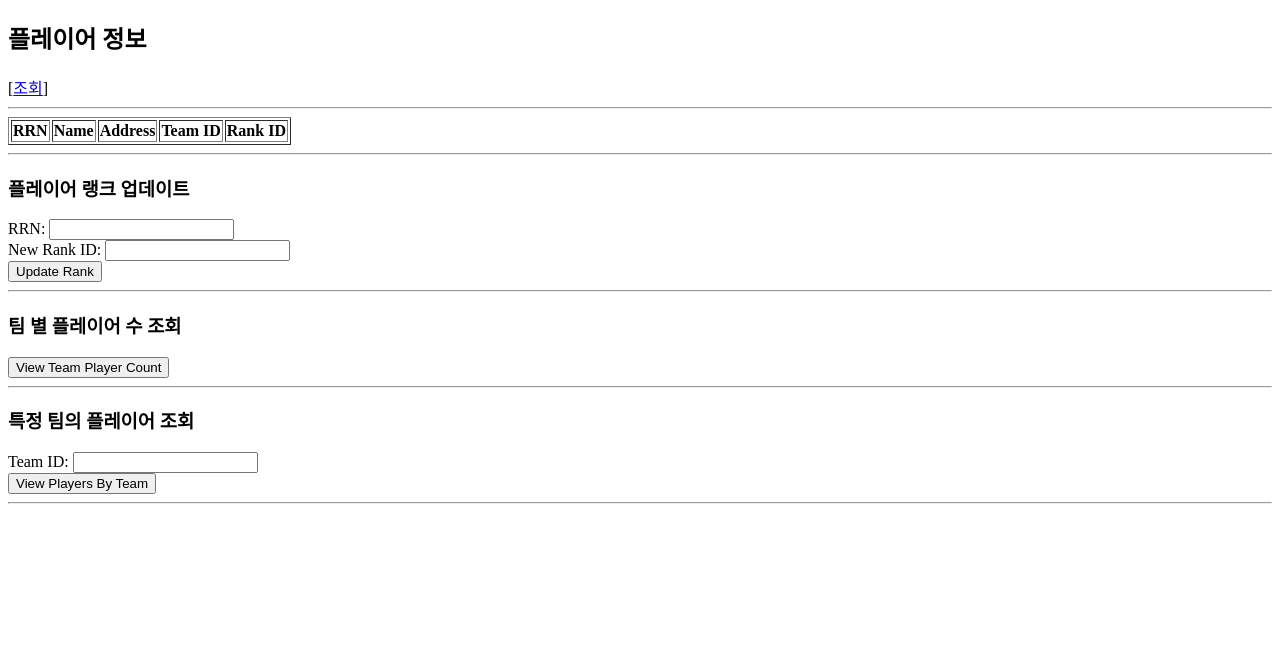
Repository: HappiKing/KNU_Database_ORACLE
Page: http://localhost/gg/playerControl?action=list
The author's editor kept a copy of each file at every save. The page is drawn from the files as they stood at one save, then again after the next save.
The browser window is 1280 px wide. The pictures show the whole page.
The page is served by Tomcat 9. Other server files are loaded and not shown. Queries for data that is not in the repository find no rows.

Above is the page before, as saved 2024-06-17 16:52:49.

### DB_futsal/test/gg/src/main/webapp/futsal/playerInfo.jsp
<%@ page language="java" contentType="text/html; charset=UTF-8"
    pageEncoding="UTF-8"%>
<%@ taglib uri="http://java.sun.com/jsp/jstl/core" prefix="c" %>

<!DOCTYPE html>
<html>
<head>
<meta charset="UTF-8">
<title>플레이어 정보</title>
</head>
<body>
  <h2>플레이어 정보</h2>[<a href="/gg/playerControl?action=list">조회</a>]
  <hr>
  <table border="1">
    <tr>
      <th>RRN</th>
      <th>Name</th>
      <th>Address</th>
      <th>Team ID</th>
      <th>Rank ID</th>
    </tr>
    <c:forEach items="${players}" var="p">
      <tr>
        <td>${p.RRN}</td>
        <td>${p.NAME}</td>
        <td>${p.ADDRESS}</td>
        <td>${p.TEAM_ID}</td>
        <td>${p.RANK_ID}</td>
      </tr>
    </c:forEach>
  </table>
  <hr>

  <h3>플레이어 랭크 업데이트</h3>
  <form action="/gg/playerControl" method="post">
    <input type="hidden" name="action" value="updateRank">
    RRN: <input type="text" name="rrn"><br>
    New Rank ID: <input type="text" name="newRankId"><br>
    <input type="submit" value="Update Rank">
  </form>
  <hr>

  <h3>팀 별 플레이어 수 조회</h3>
  <form action="/gg/playerControl" method="post">
    <input type="hidden" name="action" value="teamPlayerCount">
    <input type="submit" value="View Team Player Count">
  </form>
  <hr>

 <h3>특정 팀의 플레이어 조회</h3>
  <form action="/gg/playerControl" method="post">
    <input type="hidden" name="action" value="playersByTeam">
    Team ID: <input type="text" name="teamId"><br>
    <input type="submit" value="View Players By Team">
  </form>
  <hr>


</body>
</html>

### DB_futsal/test/gg/src/main/java/sco/PlayerControl.java
package sco;

import java.io.IOException;
import java.sql.Date;

import javax.servlet.ServletConfig;
import javax.servlet.ServletException;
import javax.servlet.annotation.WebServlet;
import javax.servlet.http.HttpServlet;
import javax.servlet.http.HttpServletRequest;
import javax.servlet.http.HttpServletResponse;

@WebServlet("/playerControl")
public class PlayerControl extends HttpServlet {
    private static final long serialVersionUID = 1L;

    PlayerDAO dao;

    public void init(ServletConfig config) throws ServletException {
        super.init(config);
        dao = new PlayerDAO();
    }

    protected void service(HttpServletRequest request, HttpServletResponse response) throws ServletException, IOException {
        request.setCharacterEncoding("utf-8");
        String action = request.getParameter("action");
        String view = "";

        if(action == null) {
            getServletContext().getRequestDispatcher("/playerControl?action=list").forward(request, response);
        } else {
            switch(action) {
            case "list": view = list(request, response); break;
            case "updateRank": view = updateRank(request, response); break;
            case "teamPlayerCount": view = teamPlayerCount(request, response); break;
            case "playersByTeam": view = playersByTeam(request, response); break;
            case "schedulesByDate": view = schedulesByDate(request, response); break;

            // 추가적인 비즈니스 로직 메소드 호출 추가
            }
            getServletContext().getRequestDispatcher("/futsal/" + view).forward(request, response);
        }
    }

    private String list(HttpServletRequest request, HttpServletResponse response) {
        request.setAttribute("players", dao.getAll());
        return "playerInfo.jsp";
    }

    private String updateRank(HttpServletRequest request, HttpServletResponse response) {
        String rrn = request.getParameter("rrn");
        String newRankId = request.getParameter("newRankId");
        dao.updateRank(rrn, newRankId);
        return "playerInfo.jsp";
    }

    private String teamPlayerCount(HttpServletRequest request, HttpServletResponse response) {
        request.setAttribute("teamPlayerCounts", dao.getTeamPlayerCount());
        return "teamPlayerCount.jsp";
    }

    private String playersByTeam(HttpServletRequest request, HttpServletResponse response) {
        String teamId = request.getParameter("teamId");
        request.setAttribute("players", dao.getPlayersByTeam(teamId));
        return "playerInfo.jsp";
    }

    private String schedulesByDate(HttpServletRequest request, HttpServletResponse response) {
        Date date = Date.valueOf(request.getParameter("date"));
        request.setAttribute("schedules", dao.getSchedulesByDate(date));
        return "scheduleInfo.jsp";
    }
}

After the next save:
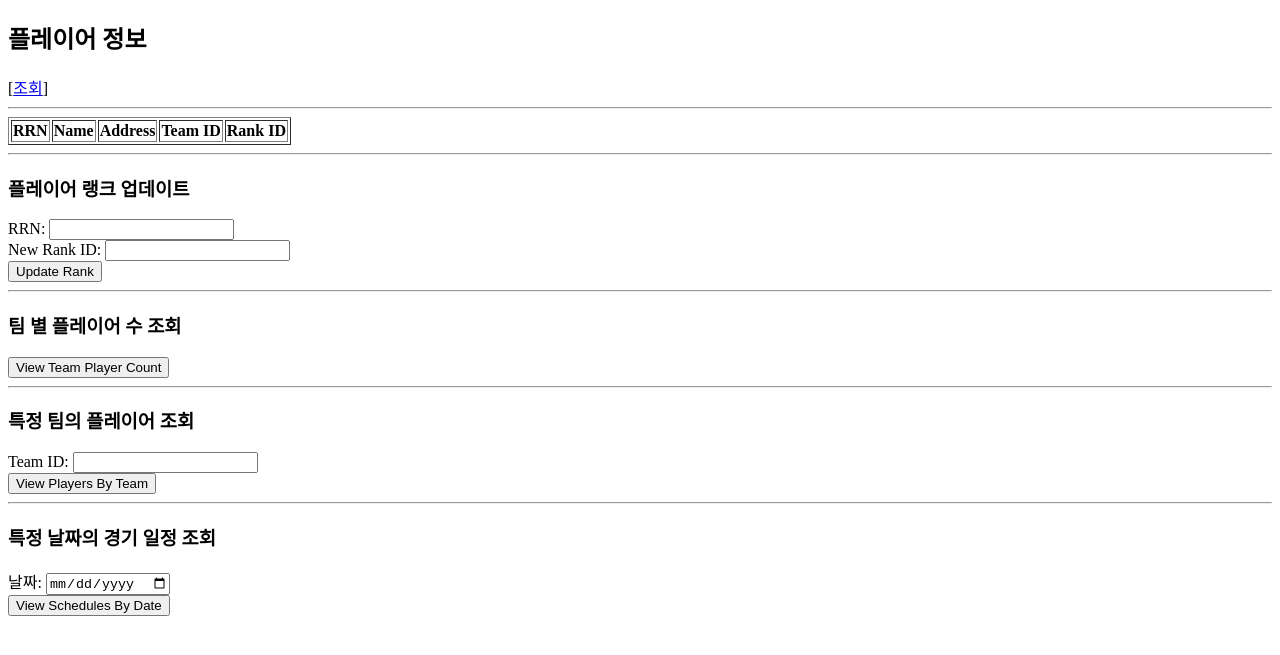
Saved 15 s later.
--- a/DB_futsal/test/gg/src/main/webapp/futsal/playerInfo.jsp
+++ b/DB_futsal/test/gg/src/main/webapp/futsal/playerInfo.jsp
@@ -55,6 +55,13 @@
   </form>
   <hr>
 
+  <h3>특정 날짜의 경기 일정 조회</h3>
+  <form action="/gg/playerControl" method="get">
+    <input type="hidden" name="action" value="schedulesByDate">
+    날짜: <input type="date" name="date"><br>
+    <input type="submit" value="View Schedules By Date">
+  </form>
+
 
 </body>
 </html>
